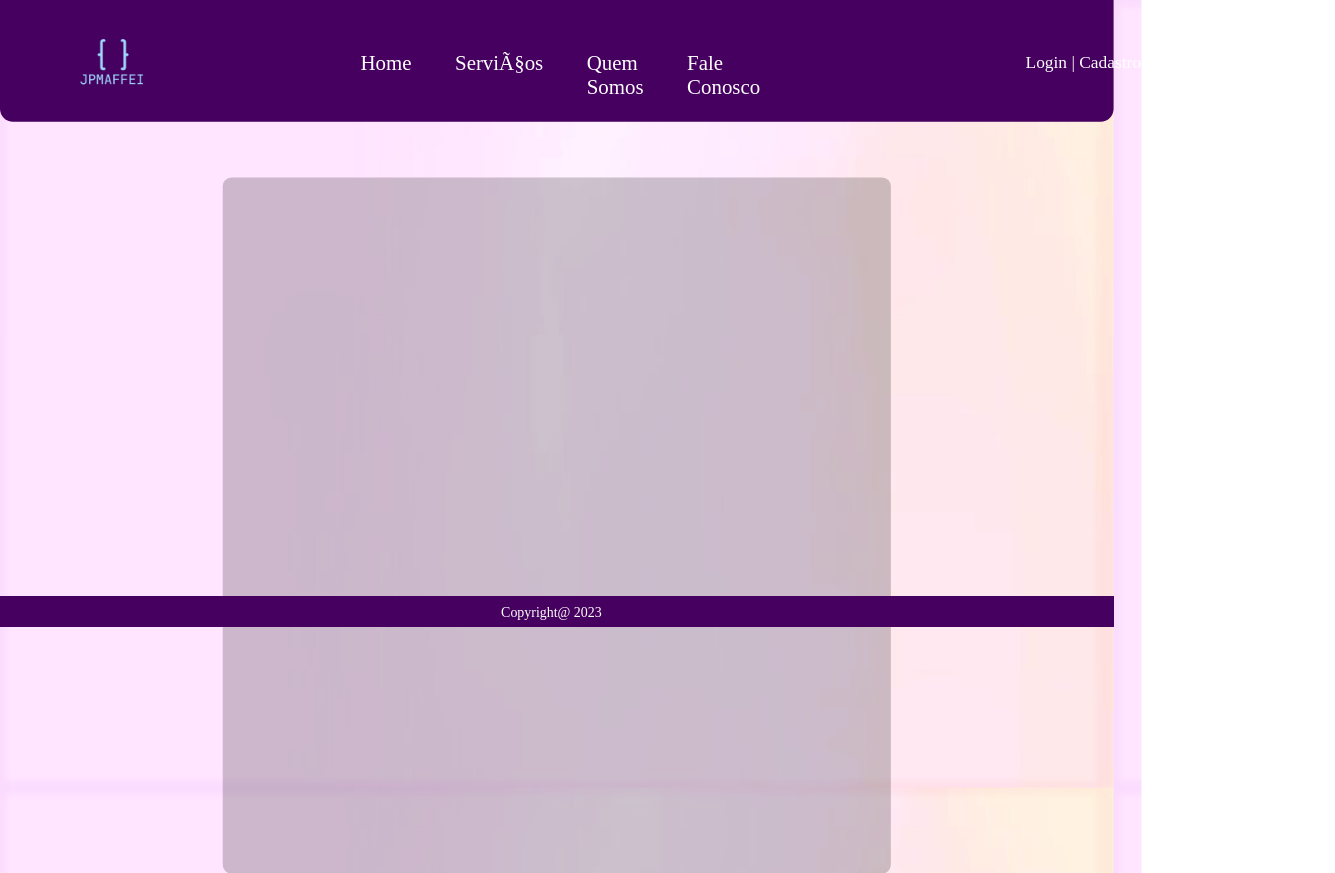
Repository: jpmaffei18/PROJETO_JAVA
Page: http://localhost/FinalWeb/
These files come from the project's save history. The page is drawn as it stood at one moment and after the next save; the edit follows.
The browser window is 1280 px wide. The page is 1312 px wide, then 1535 px, so the pictures cover 1535 px, including what lies to the right of the window. The pictures show the whole page, at 87% of full size.
Backgrounds fixed to the window are drawn as part of the page. The page is served by Tomcat 9.

Above is the page before, as saved 2023-04-03 11:29:40.

After the next save:
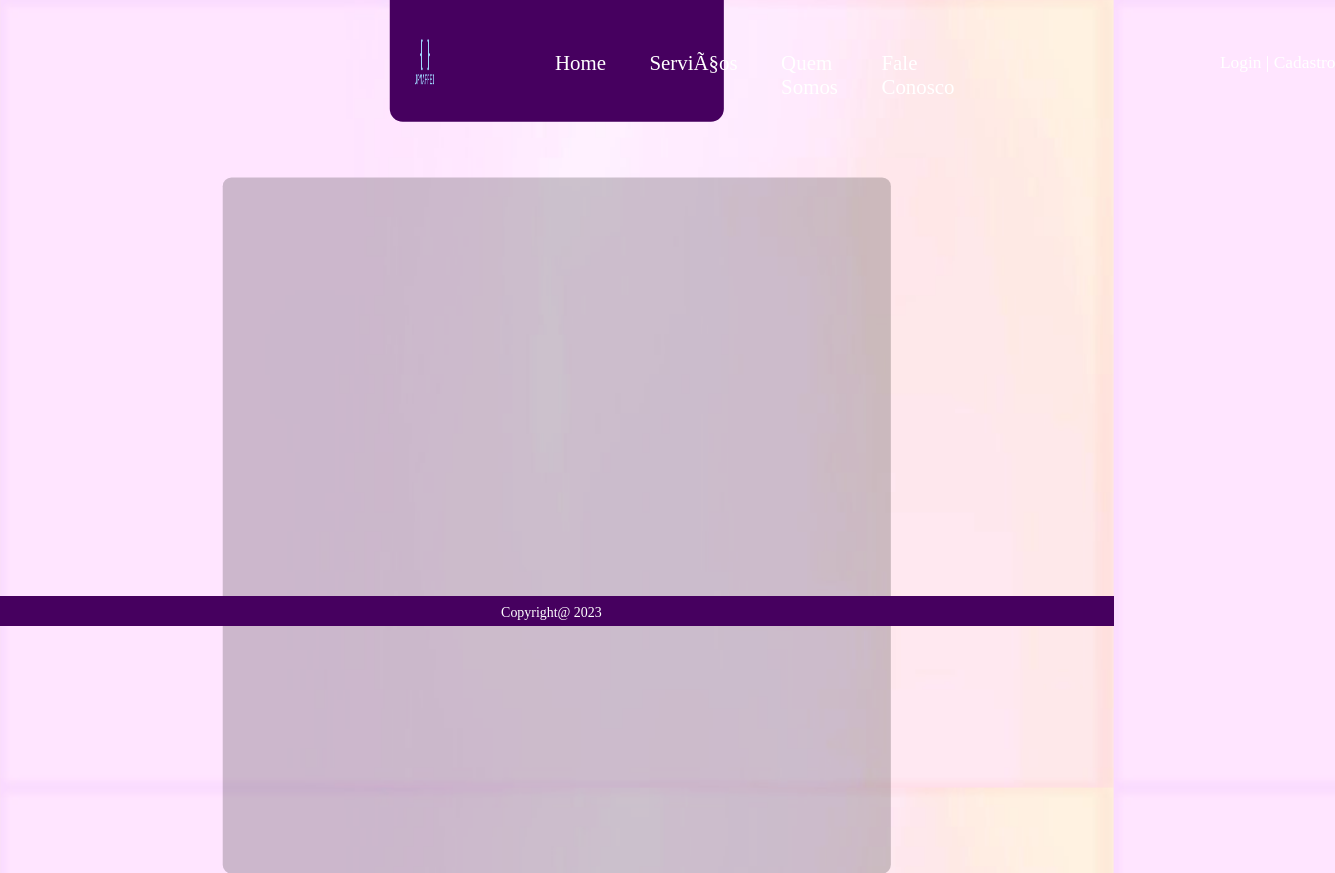
Saved 11 min 17 s later.
--- a/FinalWeb/src/main/webapp/home.css
+++ b/FinalWeb/src/main/webapp/home.css
@@ -13,7 +13,7 @@ body{
 
 header{
     background-color: #46005F;
-    width: 100%;
+    width: 30%;
     height: 140px;
     margin:auto;
     border-bottom-left-radius: 15px;
